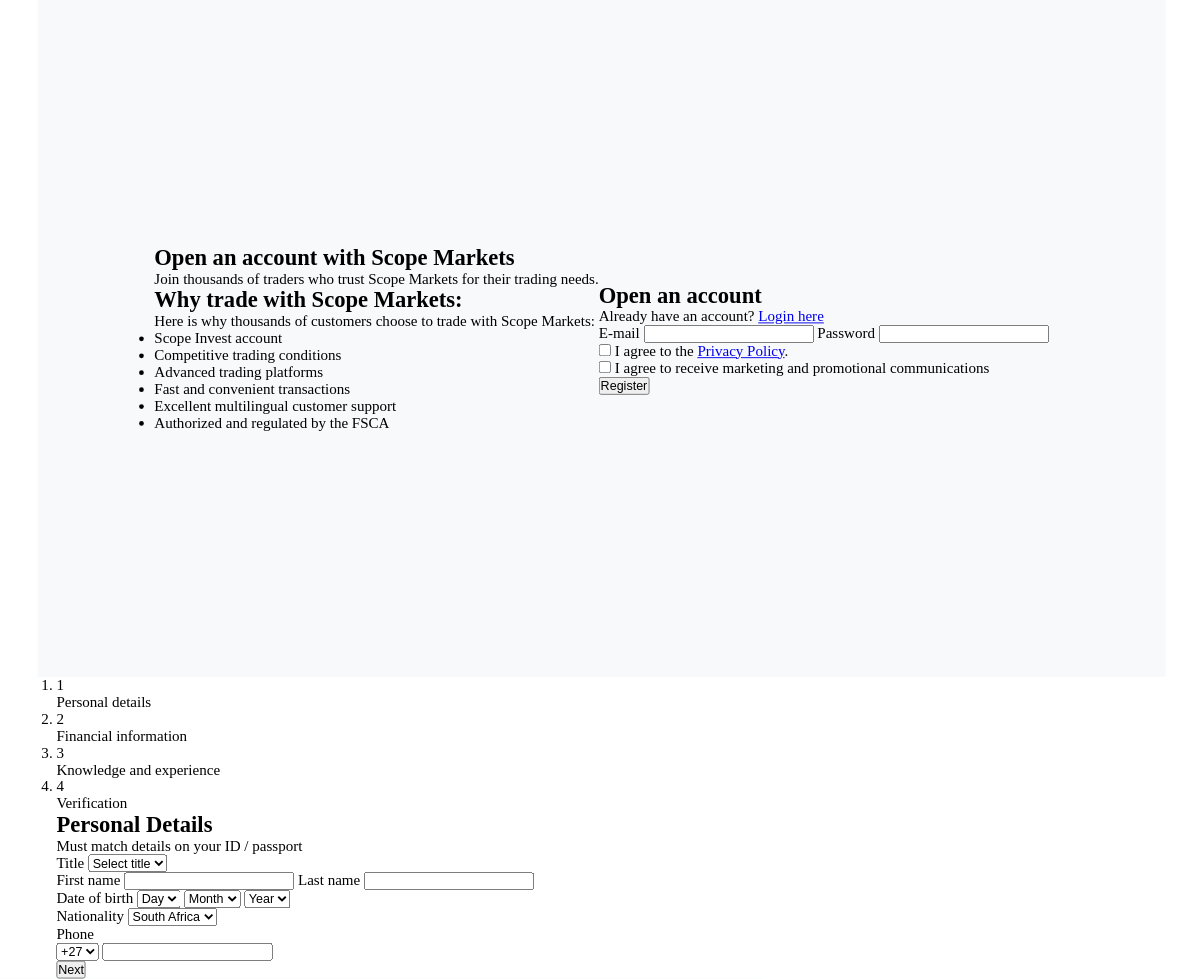
Repository: Jacques-Jaki-Morkel/vaultmarkets_SignupFlow
Page: index.HTML
These files come from the project's save history. The page is drawn as it stood at one moment and after the next save; the edit follows.
The browser window is 1280 px wide. The pictures show the whole page, at 94% of full size.

Above is the page before, as saved 2025-07-30 13:56:30.

After the next save:
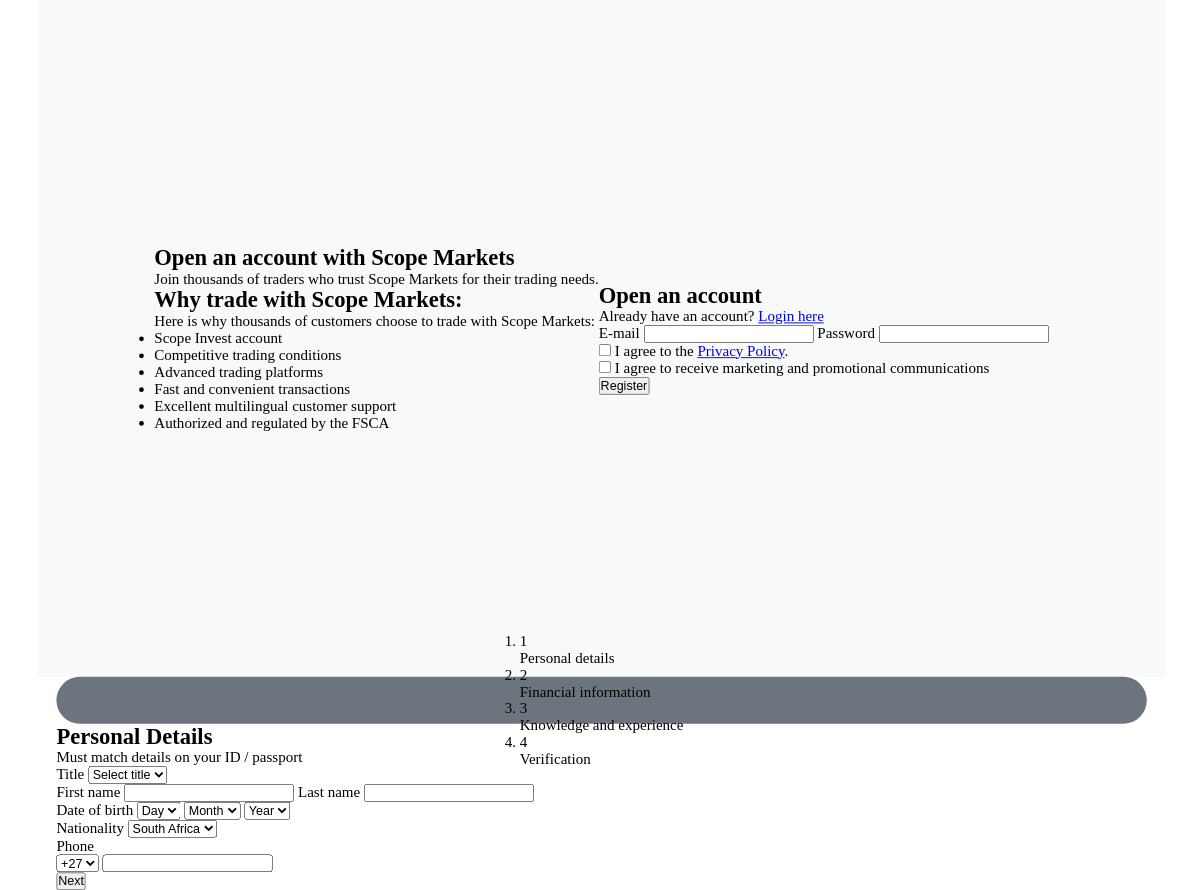
Saved 58 s later.
--- a/styles.css
+++ b/styles.css
@@ -18,6 +18,8 @@
     margin: 0 auto;
     padding: 0 20px;
 }
+
+/* start of sigh up flow styling here */
 .openAccount-1{
     display: flex;
     flex-direction: row;
@@ -26,3 +28,12 @@
     height: 100vh;
     background-color: var(--background-color);
 }
+.progress-bar {
+    display: flex;
+    justify-content: center;
+    align-items: center;
+    width: 100%;
+    height: 50px;
+    background-color: var(--secondary-color);
+    border-radius: 25px;
+}
